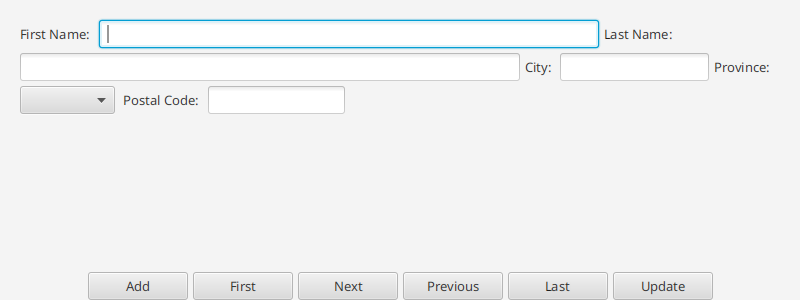
Repository: Mselenko/Java
Program's window: java w_5/JavaFx/src/task_2/AddressBook.java
An editor plug-in stored every save of this project. The program's window is shown before and after the next save, followed by the edit.
It runs on Java 21 on a 1366 x 768 screen with JavaFX 11; the title bar is not drawn.

Above is the program's window before, as saved 2019-06-22 00:31:58.

After the next save:
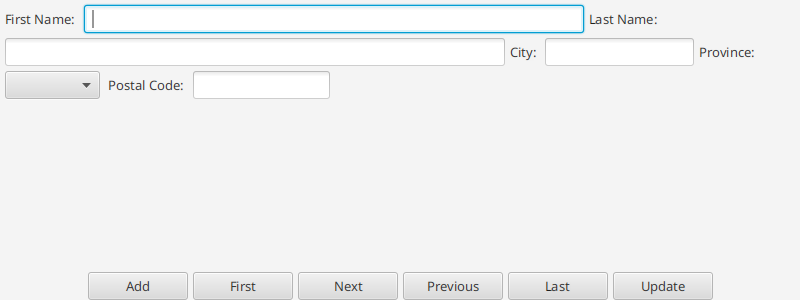
Saved 38 s later.
--- a/w_5/JavaFx/src/task_2/AddressBook.java
+++ b/w_5/JavaFx/src/task_2/AddressBook.java
@@ -47,7 +47,7 @@
 		Postal_Code.setPrefColumnCount(10);
 
 		// add the textfields and buttons to the FlowPane
-		InfoPanel.setPadding(new Insets(20));
+		InfoPanel.setPadding(new Insets(5));
 		InfoPanel.getChildren().addAll(
 									new Label("First Name: "), FirstName,
 									new Label("Last Name: "), LastName,
